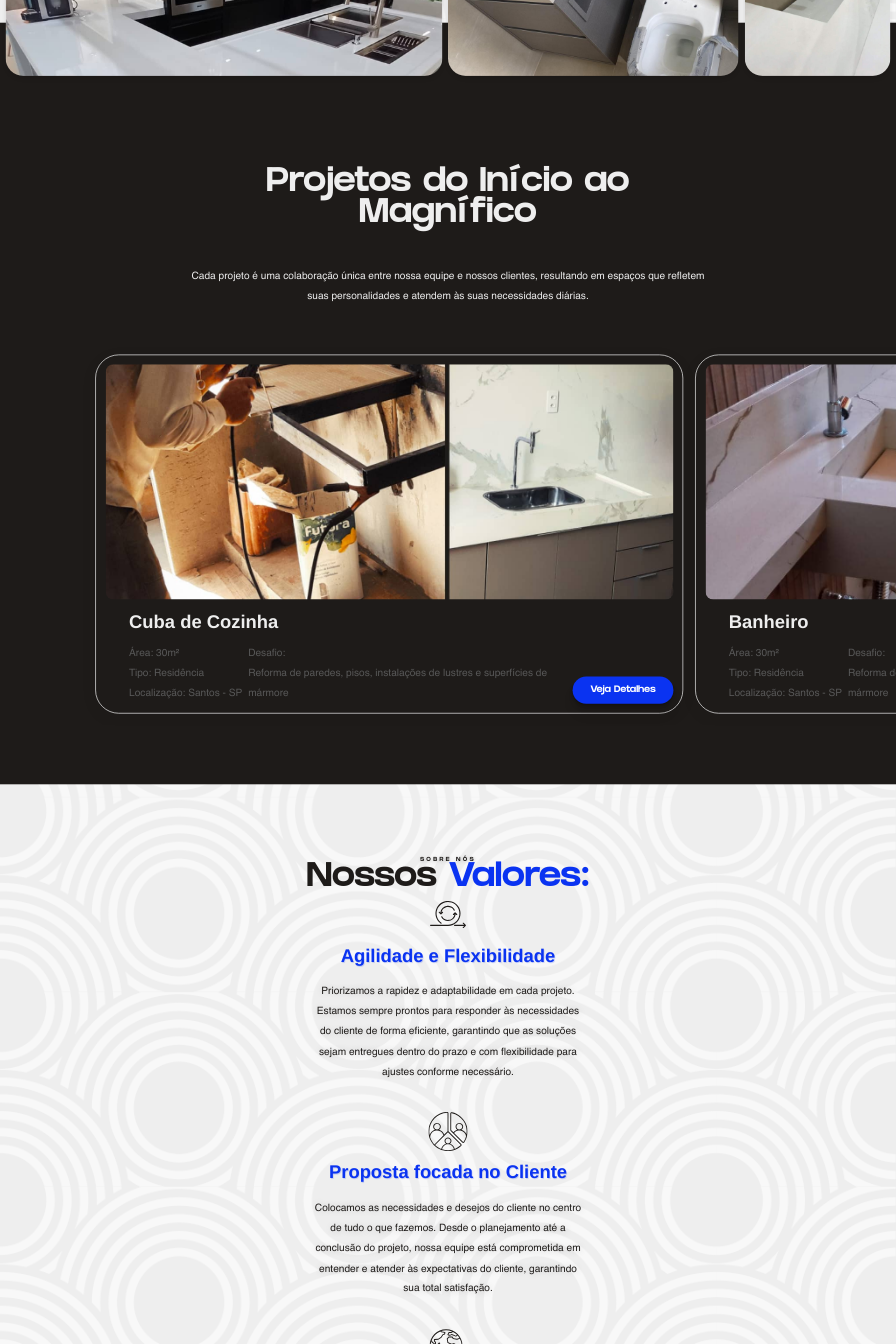
Repository: lucastdcs/ReforMar
Page: /portfolio
These files come from the project's save history. The page is drawn as it stood at one moment and after the next save; the edit follows.
The browser window is 1280 px wide. The pictures show the part of the page from y = 529 to 2449 px (the page is 6908 px tall), at 70% of full size.
Backgrounds fixed to the window are drawn as part of the page. The project was rebuilt for these pictures with package versions that can differ from the ones it lists, and the page was loaded fresh each time. Also part of the build but not shown: vite.config.js, src/Components/EmailPopUp/EmailPopUp.styled.js, src/Components/EmailPopUp/EmailPopUp.jsx, src/Components/ServicesCard/ServicesCard.styled.js, src/Components/ServicesCard/ServicesCard.jsx, src/Components/Badges/Badges.styled.js, src/Components/Badges/Badges.jsx, src/Components/Carrousel/Carousel.styled.js and 7 more.

Above is the page before, as saved 2024-12-13 15:52:57.

### index.html
<!doctype html>
<html lang="pt-br">

<head>
  <meta charset="UTF-8" />
  <meta name="viewport" content="width=device-width, initial-scale=1.0" />

  <!-- Favicon -->
  <link rel="icon" href="/Favicon.svg" type="image/svg+xml">
  <link rel="shortcut icon" href="/Favicon.svg" type="image/svg+xml">

  <!-- SEO Meta Tags -->
  <meta name="description"
    content="A ReforMar - Obras Express oferece serviços rápidos e eficientes de reforma e construção. Confie em nossa equipe especializada para transformar seu espaço com qualidade e agilidade.">
  <meta name="keywords"
    content="reforma, construção, obras express, reforma residencial, reforma comercial, reformas rápidas, qualidade, agilidade, ReforMar">
  <meta name="author" content="ReforMar - Obras Express">

  <!-- Open Graph Meta Tags -->
  <meta property="og:title" content="ReforMar - Reformas e Construções Rápidas">
  <meta property="og:description"
    content="A ReforMar - Obras Express oferece serviços rápidos e eficientes de reforma e construção. Confie em nossa equipe especializada para transformar seu espaço com qualidade e agilidade.">
  <meta property="og:image" content="https://reformarobrasexpress.com.br/assets/image1-Bzcdwp6d.jpg">
  <meta property="og:url" content="https://reformarobrasexpress.com.br">
  <meta property="og:type" content="website">
  <meta property="og:locale" content="pt_BR">

  <!-- Twitter Meta Tags -->
  <meta name="twitter:card" content="summary_large_image">
  <meta name="twitter:title" content="ReforMar - Reformas e Construções Rápidas">
  <meta name="twitter:description"
    content="A ReforMar - Obras Express oferece serviços rápidos e eficientes de reforma e construção. Confie em nossa equipe especializada para transformar seu espaço com qualidade e agilidade.">
  <meta name="twitter:image" content="https://reformarobrasexpress.com.br/assets/image1-Bzcdwp6d.jpg">

  <meta property="og:title" content="Reformar Obras Express">
  <meta property="og:description" content="Serviços rápidos de reforma e construção.">
  <meta property="og:image" content="https://reformarobrasexpress.com.br/assets/image1-Bzcdwp6d.jpg">
  <meta property="og:url" content="https://reformarobrasexpress.com.br/">
  <meta property="og:type" content="website">

  <!-- Title -->
  <title>ReforMar - Reformas e Construções Rápidas</title>

</head>

<body>
  <div id="root"></div>
  <div id="portal"></div>
  <script type="module" src="/src/main.jsx"></script>
</body>

</html>

### src/index.css
@import './assets/styles/base/fonts.css';
@import './assets/styles/base/variables.css';

:root {

  color: rgb(248, 248, 248);
  background-color: var(--off-white);


  font-synthesis: none;
  text-rendering: optimizeLegibility;
  -webkit-font-smoothing: antialiased;
  -moz-osx-font-smoothing: grayscale;
}

*,
*::before,
*::after {
  box-sizing: border-box;
  margin: 0;
  padding: 0;
}

html {
  font-size: 52.5%;
  scroll-behavior: smooth;
}

body {
  overflow-x: hidden;
  display: flex;
  justify-content: center;
  align-items: center;
  margin: 0;
  padding: 0;
  width: 100vw;
  background-image: url("./assets/imgs/Grafismo.png");
  background-repeat: repeat-y;
  background-attachment: fixed;
  background-size: contain;
}


::-webkit-scrollbar {
  width: 1.5rem;
  height: 1.5rem;
}

::-webkit-scrollbar-track {
  background: var(--sb-track-color);
  border-radius: 10px;
}

::-webkit-scrollbar-thumb {
  background: var(--sb-thumb-color);
  border-radius: 10px;
}

/* Estilizando a barra de rolagem para navegadores que não suportam WebKit */
@supports not selector(::-webkit-scrollbar) {
  body {
    scrollbar-color: var(--sb-thumb-color) var(--sb-track-color);
  }
}

.slide-in {
  position: fixed;
  top: 0;
  left: 0;
  width: 100%;
  height: 100vh;
  background-color: red;



  transform-origin: bottom;
}

.slide-out {
  position: fixed;
  top: 0;
  left: 0;
  width: 100%;
  height: 100vh;
  background-color: red;
  transform-origin: top;
}

.project_title {
  margin: 0 0.5rem;
}

### src/assets/styles/base/fonts.css
@import './variables.css';

@font-face {
    font-family: 'Grifter';
    src: url('../../fonts/GRIFTERBold.woff2') format('woff2');
    font-weight: bold;
    font-style: normal;
    font-display: swap;
  }

@font-face {
    font-family: 'Helvetica';
    src: url('../../fonts/Helvetica.woff2') format('woff2');
    font-weight: normal;
    font-style: normal;
    font-display: swap;
  }

### src/assets/styles/base/variables.css
@import './fonts.css';

:root {
  /* Cores */
  --color-primary: #0590FA;
  --color-secondary: #0567F8;
  --color-tertiary: rgb(10, 51, 241);
  --color-error: #F85C5C;
  --off-white: #EEEEEE;
  --grey1: #B5B5B5;
  --grey: #585858;
  --grey-shadow: rgb(88, 88, 88, 0.3);
  --black: rgb(30, 27, 25);
    /* Fontes */
    --font-family-grifter: 'Grifter', sans-serif;
  --font-family-helvetica: 'Helvetica', sans-serif;

  /* scroll bar */

  --sb-track-color: #B5B5B5;
  --sb-thumb-color: #0a33f1;
  --sb-size: 12px;


  /* Tamanhos de Fonte */
  --font-size-h1: 16rem;
  --font-size-h2: 10rem;
  --font-size-h3: 5rem;
  --font-size-h4: 4.5rem;
  --font-size-h5: 4rem;
  --font-size-h6: 2rem;
  --font-size-h7: 1.8rem;
  --font-size-label15: 1.5rem;
  --font-size-label10: 1rem;

  /* Tamanhos de Fonte Mobile */
  --font-size-mh1: 8rem;
  --font-size-mh2: 5rem;
  --font-size-mh3: 2.6rem;
  --font-size-mh4: 2.2rem;
  --font-size-mh5: 2rem;
  --font-size-mh6: 1.8rem;
  --font-size-mh7: 2rem;
  --font-size-mp: 1.6rem;
  --font-size-mlabel1: 1rem;
  --font-size-mlabel2: 0.8rem;
  --font-size-mbutton: 1.2rem;

  /* Espaçamentos */
  --spacing-200: 200%;
  --spacing-160: 160%;
  --spacing-100: 100%;
  --spacing-90: 90%;

}

### src/Components/Button/Button.jsx
import React from "react";
import StyledButton from "./Button.styled.js";
import {useNavigate} from 'react-router-dom'

const Button = (props) => {

  const navigate = useNavigate();

  const handleClick = () => {
    if (props.onClick) {
      props.onClick();
    } else if (props.destino) {
      navigate(`/${props.destino}`)
      window.scrollTo(0, 0);
    }
  }

  // const redirect = () => {
  //   navigate(`${'/' + props.destino}`);
  // };

  return (
    <StyledButton
      whileHover={{ scale: 0.95 }}
      transition={{ type: "spring", stiffness: 400, damping: 10 }}
      whileTap={{ scale: 1 }}
      id="btn_contact"
      className={props.className}
      variantType={props.variantType}
      type={props.type}
      onClick={handleClick}
    >
      {props.texto}
    </StyledButton>
  );
};

export default Button;

### src/Components/Titles/Titles.jsx
import React from "react";
import { LabelTitle } from "../../assets/styles/typography.styled.js";
import { H2 } from "../../assets/styles/typography.styled.js";


const Titles = (props) => {

  return (
    <>
      <LabelTitle  className="project_title small">{props.text_label}</LabelTitle>
      <H2 className="project_title big">{props.text_title} <span>{props.text_span}</span></H2>
    </>
  );
};

export default Titles;

### src/Components/Card/Card.jsx
import React, { useState, useEffect, lazy, Suspense } from "react";

const LazyOverlay = lazy(() => import("../ProjectsOverlay/ProjectsOverlay"));

import { StyledCard } from "./Card.styled";
import Button from "../Button/Button";
import { H5 } from "../../assets/styles/typography.styled";
import { Text } from "../../assets/styles/typography.styled";

const Card = (props) => {

  const [showOverlay, setShowOverlay] = useState(false);
  const toggleOverlay = () => {
    setShowOverlay(!showOverlay);
    console.log("toggle ativado");
  };

  useEffect(() => {
    if (showOverlay) {
      document.body.style.overflow = 'hidden';
    } else {
      document.body.style.overflow = '';
    }
    return () => {
      document.body.style.overflow = '';
    };
  }, [showOverlay]);

  return (
    <div>
      <StyledCard className={props.className}>
        <img src={props.img} alt="" />

        <div className="card_wrapper">
          <H5 className="title">{props.title}</H5>
          <Text className="text1">
            Área: {props.area} <br />
            Tipo: {props.type} <br />
            Localização: {props.location}
            <br />
          </Text>
          <Text className="text2">
            Desafio: <br />
            {props.description}
          </Text>
          <Button
            texto="Veja Detalhes"
            className="btn"
            onClick={props.overlay ? toggleOverlay : null}
            destino={!props.overlay ? props.destino : null}
          />
        </div>
      </StyledCard>
      {showOverlay && <Suspense><LazyOverlay {...props} onClick={toggleOverlay} images={props.images} rating={props.rating}/></Suspense>}
    </div>
  );
};

export default Card;

### src/Components/MotionCarousel/MotionCarousel.jsx
import React, { useRef, useState, useEffect } from "react";
import { StyledCarouselNew, Inner, Item } from "./MotionCarousel.styled";
import { filterProps } from "framer-motion";

const CarouselNew = ({ children, className }) => {
  const carousel = useRef();
  const [width, setWidth] = useState(0);

  const updateWidth = () => {
    if (carousel.current) {
      const scrollWidth = carousel.current.scrollWidth;
      const offsetWidth = carousel.current.offsetWidth;
      setWidth(scrollWidth - offsetWidth);
    }
  };

  useEffect(() => {
    updateWidth();
    window.addEventListener("resize", updateWidth);
    return () => window.removeEventListener("resize", updateWidth);
  }, []);

  return (
    <>
      <StyledCarouselNew ref={carousel} whileTap={{ cursor: "grabbing" }}>
        <Inner className={className} drag="x" dragConstraints={{ right: 0, left: -width }}>
          {React.Children.map(children, (child, index) => (
            <Item key={index}>{child}</Item>
          ))}
        </Inner>
      </StyledCarouselNew>
    </>
  );
};

export default CarouselNew;

### src/Components/FeedbackSection/FeedbackSection.jsx
import React from "react";
import { StyledContainer } from "./FeedbackSection.styled";
import Titles from "../Titles/Titles";
import Carousel from "../Carrousel/Carousel";
import CarouselNew from "../MotionCarousel/MotionCarousel";
import FeedbackCard from "../FeedbackCard/FeedbackCard";
import Button from "../Button/Button";
import Photo from "../../assets/imgs/FBimg.png";
import Eder from "../../assets/imgs/Elder.jpg";

import Vanessa from "../../assets/imgs/Vanessa.jpg";
import Luciana from "../../assets/imgs/Luciana.jpg";

const FeedbackSection = () => {
  return (
    <StyledContainer>
      <Titles
        text_label="feedback de clientes"
        text_title="Ouça de nossos"
        text_span="clientes satisfeitos!"
      />

      <CarouselNew className="fb_carousel_inner">
        <FeedbackCard rating={4} photo={Photo} name="Paso Import" type="empresa" date="JUN/2024" text="Empresa profissional e rápida. A equipe do Rodrigo é prestativa. Serviço
        excelente. Valeu o preço. Fiquei surpreendido e recomendo!"/>
        <FeedbackCard rating={5} photo={Eder} name="Eder Espacini" type="técnico" date="JUN/2024" text="Foi um ótimo atendimento, rápido, preciso e de qualidade. a equipe de Rodrigo foi excelente!"/>
        <FeedbackCard rating={4} photo={Luciana} name="Luciana Rocha" type="-" date="MAR/2024" text="Ótima empresa! Profissionalismo nota 10. Equipe do Rodrigo Vitor me deram todo suporte antes, durante e depois."/>
        <FeedbackCard rating={5} photo={Vanessa} name="Vanessa Oliveira" type="-" date="JUN/2024" text="Foram rápidos para atender a minha demanda, e trabalho feito com excelência."/>

      </CarouselNew>

      <Button texto="Entre em contato" destino="contato"/>
    </StyledContainer>
  );
};

export default FeedbackSection;

### src/Components/NumbersSection/NumbersSection.jsx
import React from "react";
import {StyledContainer} from "./NumbersSection.styled";
import NumbersGrid from "../NumbersGrid/NumbersGrid";
import Titles from "../Titles/Titles";
import Button from "../Button/Button";

const NumbersSection = () => {
  return (
    <StyledContainer>
      <Titles text_label="" text_title="Nossos" text_span="Números:" />
      <NumbersGrid />
      <Button texto="Entre em contato" destino="contato"/>
    </StyledContainer>
  );
};

export default NumbersSection;

### src/Components/FeedbackCard/FeedbackCard.jsx
import React from "react";
import StyledContainer from "./FeedbackCard.styled";
import { H7, H6, Label, Text } from "../../assets/styles/typography.styled";


const StarIcon = ({ filled }) => (
  <svg
    width="20"
    height="20"
    viewBox="0 0 24 24"
    fill="none"
    xmlns="http://www.w3.org/2000/svg"
  >
    <path
      d="M12 17.27L18.18 21l-1.64-7.03L22 9.24l-7.19-.61L12 2 9.19 8.63 2 9.24l5.46 4.73L5.82 21z"
      fill={filled ? "#0A33F1" : "#1E1B19"}
    />
  </svg>
);

const StarRating = ({ rating }) => {
  const stars = Array.from({ length: 5 }, (_, index) => (
    <StarIcon key={index} filled={index < rating} />
  ));

  return <div style={{ display: 'flex' }}>{stars}</div>;
};

const FeedbackCard = (props) => {
  return (
    <StyledContainer>
      <img src={props.photo} className="fb_photo" />
      <H7 className="fb_name">{props.name}</H7>
      <Label className="fb_type">{props.type}</Label>
      <span className="fb_stars">
        <StarRating rating={props.rating} />
      </span>
      <H6 className="fb_date">{props.date}</H6>
      <Text className="fb_comentary">{props.text}</Text>
    </StyledContainer>
  );
};

export default FeedbackCard;

### src/Components/Values/Values.jsx
import React from "react";
import { Text } from "../../assets/styles/typography.styled.js";
import { H4 } from "../../assets/styles/typography.styled.js";
import { StyledContainer } from "./Values.styled.js";

const Values = (props) => {
  return (
    <StyledContainer className={props.className}>
      <span><img src={props.icon}/></span>
      <H4>{props.title}</H4>
      <Text>{props.text}</Text>
    </StyledContainer>
  );
};

export default Values;

### src/Components/NumbersGrid/NumbersGrid.jsx
import React from "react";
import { StyledNumbersGrid } from "./NumbersGrid.styled";
import NumbersCard from "../NumbersCard/NumbersCard";

const NumbersGrid = () => {
  return (
    <StyledNumbersGrid>
      <NumbersCard item="card1" number="9+">
        Colaboradores <br /> no Time
      </NumbersCard>
      <NumbersCard item="card2" number="2+ anos" align="right">
        No mercado
      </NumbersCard>
      <NumbersCard
        item="card3"
        number="91% dos clientes"
        align="right"
        size="h2"
      >
        Nos recomendam
      </NumbersCard>
      <NumbersCard item="card4" number="25+">
        Projetos lançados
      </NumbersCard>
    </StyledNumbersGrid>
  );
};

export default NumbersGrid

### src/Components/NumbersCard/NumbersCard.jsx
import React from "react";
import { H1 } from "../../assets/styles/typography.styled";
import { H5 } from "../../assets/styles/typography.styled";
import StyledContainer from "./NumbersCard.styled";

const NumbersCard = (props) => {
    return (
        <StyledContainer align={props.align} className={props.item} size={props.size}>
            <H1>{props.number}</H1>
            <H5>{props.children}</H5>
        </StyledContainer>
    );
};

export default NumbersCard;

Loaded but not shown: src/assets/imgs/projeto12/details.json (11 lines, source omitted); src/assets/imgs/projeto6/details.json (11 lines, source omitted); src/assets/imgs/projeto9/details.json (11 lines, source omitted); src/assets/imgs/projeto1/details.json (11 lines, source omitted); src/assets/imgs/projeto10/details.json (11 lines, source omitted); src/assets/imgs/projeto5/details.json (11 lines, source omitted); src/assets/imgs/projeto7/details.json (11 lines, source omitted); src/assets/imgs/projeto8/details.json (11 lines, source omitted); src/assets/imgs/projeto2/details.json (11 lines, source omitted); src/assets/imgs/projeto3/details.json (11 lines, source omitted); src/assets/imgs/projeto4/details.json (11 lines, source omitted); src/assets/imgs/projeto11/details.json (11 lines, source omitted); src/assets/imgs/projeto13/details.json (11 lines, source omitted); src/assets/imgs/projeto14/details.json (11 lines, source omitted); src/assets/imgs/projeto15/details.json (11 lines, source omitted); src/assets/imgs/projeto16/details.json (11 lines, source omitted); src/assets/imgs/projeto17/details.json (11 lines, source omitted); src/assets/imgs/projeto18/details.json (11 lines, source omitted); src/assets/imgs/projeto19/details.json (11 lines, source omitted); src/assets/imgs/projeto20/details.json (11 lines, source omitted); src/Components/Header/Header.styled.js (236 lines, source omitted); src/assets/styles/typography.styled.js (79 lines, source omitted); src/Components/NumbersGrid/NumbersGrid.styled.js (104 lines, source omitted); src/Components/ContactUs/ContactUs.styled.js (95 lines, source omitted); src/Components/Card/Card.styled.js (83 lines, source omitted); src/Components/Footer/Footer.styled.js (78 lines, source omitted); src/Components/ValuesSection/ValuesSection.styled.js (68 lines, source omitted); src/Components/Form/Form.styled.js (67 lines, source omitted); src/Components/FeedbackCard/FeedbackCard.styled.js (65 lines, source omitted); src/utils/getImagesfromFolder.js (38 lines, source omitted); src/Components/NumbersCard/NumbersCard.styled.js (54 lines, source omitted); src/Components/Button/Button.styled.js (32 lines, source omitted); src/Components/MotionCarousel/MotionCarousel.styled.js (25 lines, source omitted); src/Components/FeedbackSection/FeedbackSection.styled.js (32 lines, source omitted); src/Components/Values/Values.styled.js (16 lines, source omitted); src/Components/NumbersSection/NumbersSection.styled.js (11 lines, source omitted); src/Components/ContactUs/ContactUs.jsx (106 lines, source omitted); src/Pages/Portfolio.jsx (210 lines, source omitted); src/Components/Form/Form.jsx (167 lines, source omitted); src/Components/ValuesSection/ValuesSection.jsx (68 lines, source omitted); src/Components/Header/Header.jsx (84 lines, source omitted); src/main.jsx (95 lines, source omitted); src/Components/Footer/Footer.jsx (88 lines, source omitted)

After the next save:
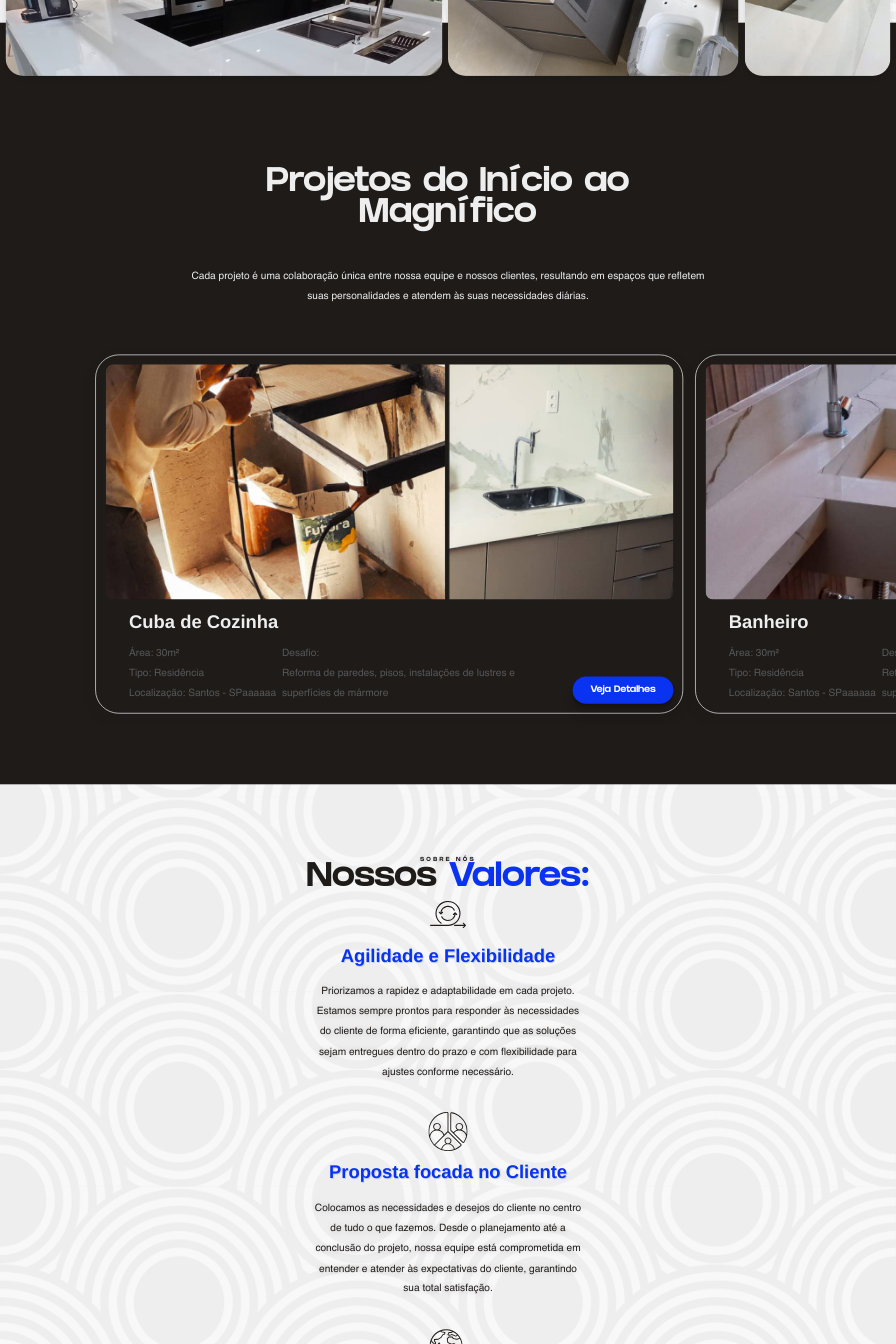
Saved 5 days later.
--- a/src/Components/Card/Card.jsx
+++ b/src/Components/Card/Card.jsx
@@ -36,7 +36,7 @@
           <Text className="text1">
             Área: {props.area} <br />
             Tipo: {props.type} <br />
-            Localização: {props.location}
+            Localização: {props.location}aaaaaa
             <br />
           </Text>
           <Text className="text2">

After the save that followed:
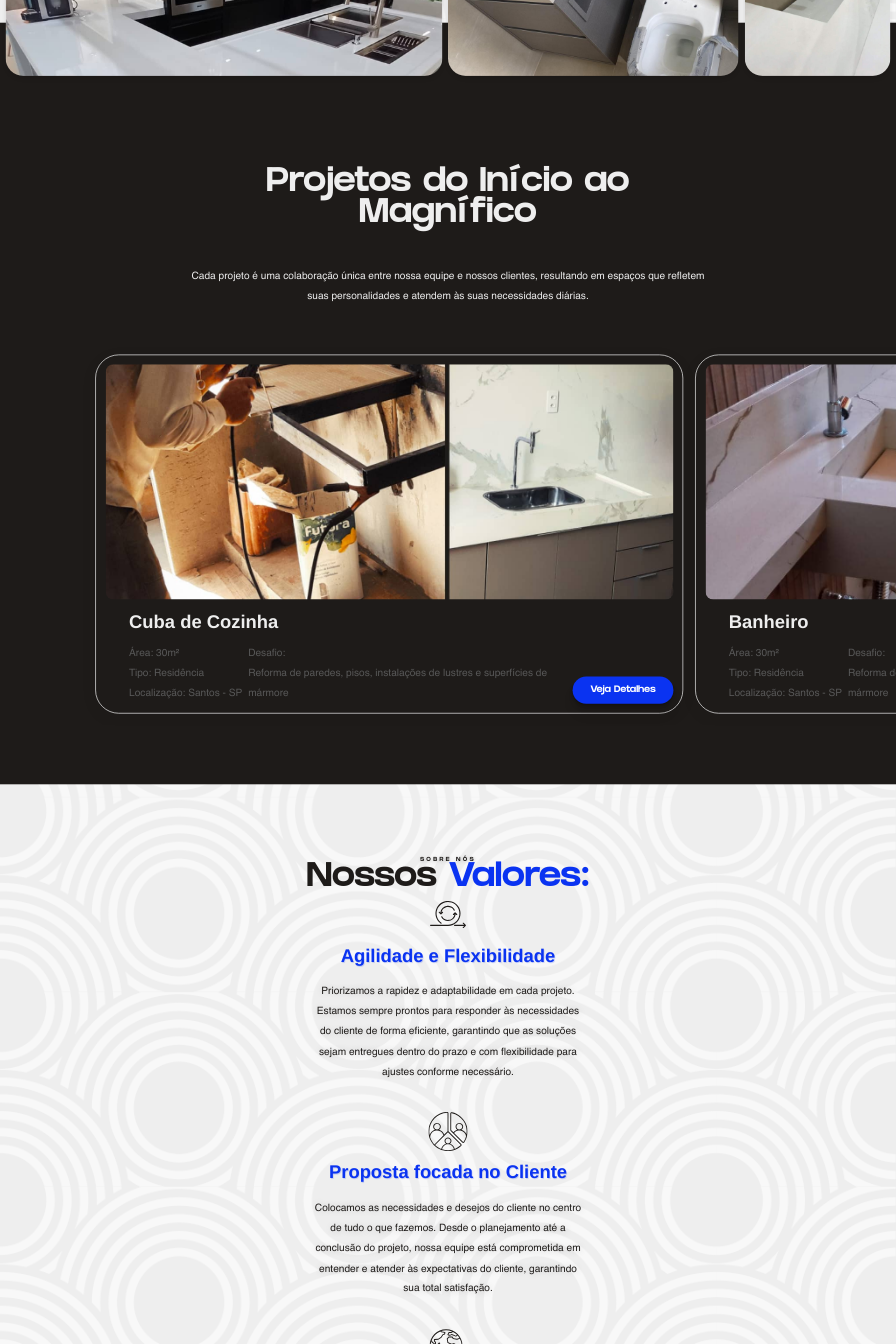
Saved 7 s later.
--- a/src/Components/Card/Card.jsx
+++ b/src/Components/Card/Card.jsx
@@ -36,7 +36,7 @@
           <Text className="text1">
             Área: {props.area} <br />
             Tipo: {props.type} <br />
-            Localização: {props.location}aaaaaa
+            Localização: {props.location}
             <br />
           </Text>
           <Text className="text2">
